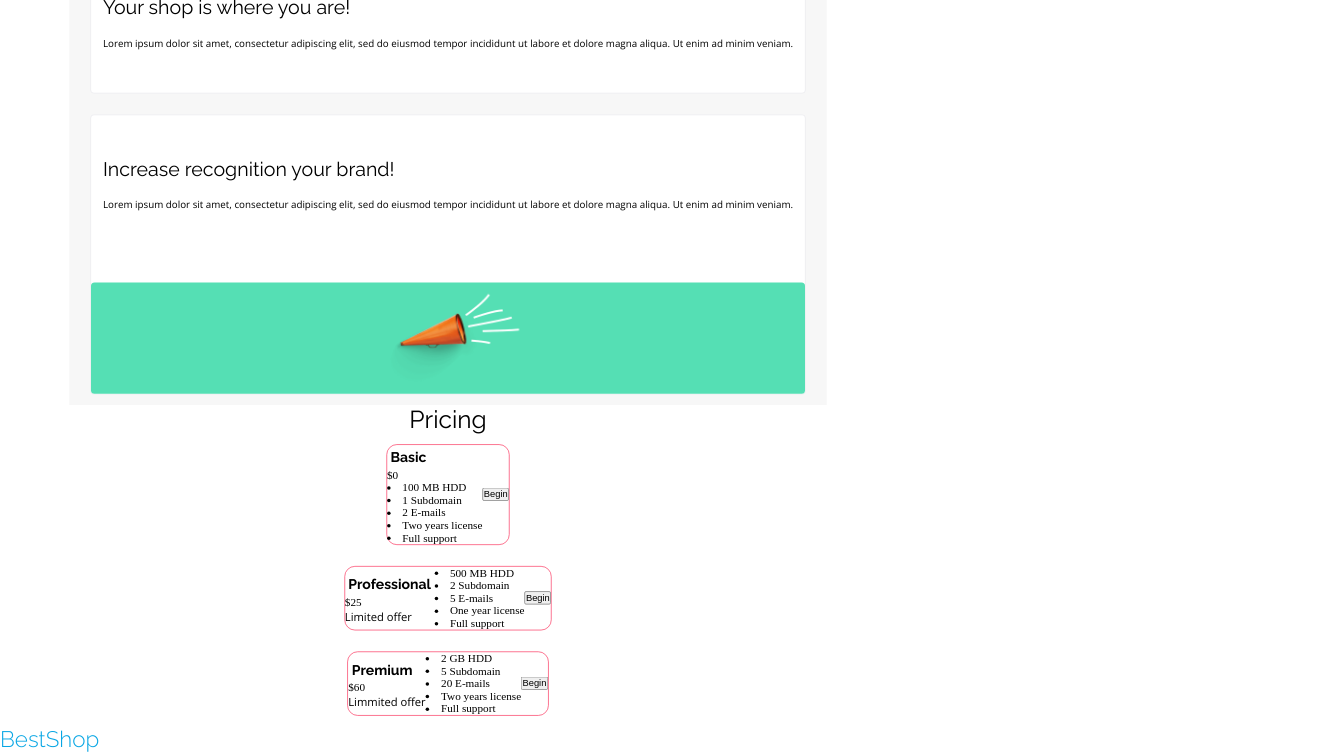
Repository: artwol993/BestShop
Page: index.html
These files come from the project's save history. The page is drawn as it stood at one moment and after the next save; the edit follows.
The browser window is 1280 px wide. The page is 1920 px wide, so the pictures cover 1920 px, including what lies to the right of the window. The pictures show the part of the page from y = 2541 to 3821 px (the page is 3616 px tall before and 3821 px after), at 70% of full size.
The style sheet was rebuilt from its Sass, Less or Tailwind sources for each picture, by a compiler version that may differ from the author's.

Above is the page before, as saved 2020-06-02 21:35:42.

After the next save:
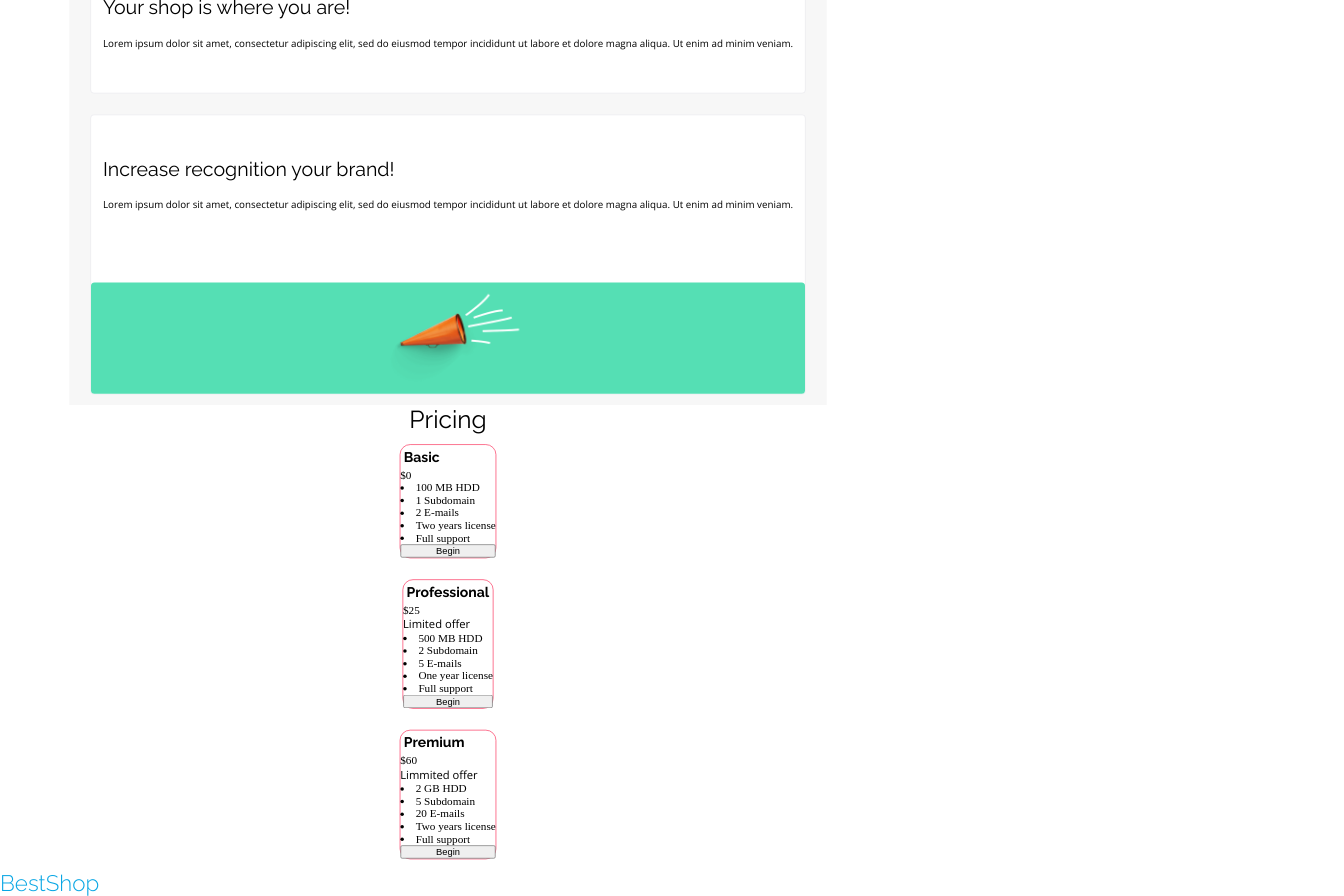
Saved 41 s later.
--- a/scss/main.scss
+++ b/scss/main.scss
@@ -468,6 +468,6 @@
   border: 1px solid $c-primary-second;
   border-radius: 15px;
   display: flex;
-  align-items: center;
-
-}
+  flex-direction: column;
+
+}
